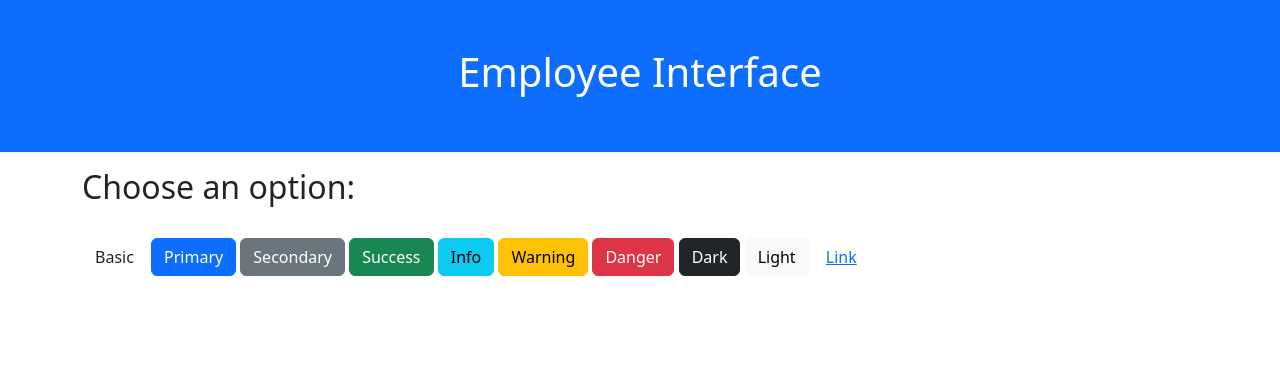
Repository: Rishicollinz/Java_Fullstack
Page: Eclipse 2/jspproject/src/main/webapp/index.html
These files come from the project's save history. The page is drawn as it stood at one moment and after the next save; the edit follows.
The browser window is 1280 px wide. The pictures show the whole page.

Above is the page before, as saved 2023-05-18 15:25:42.

After the next save:
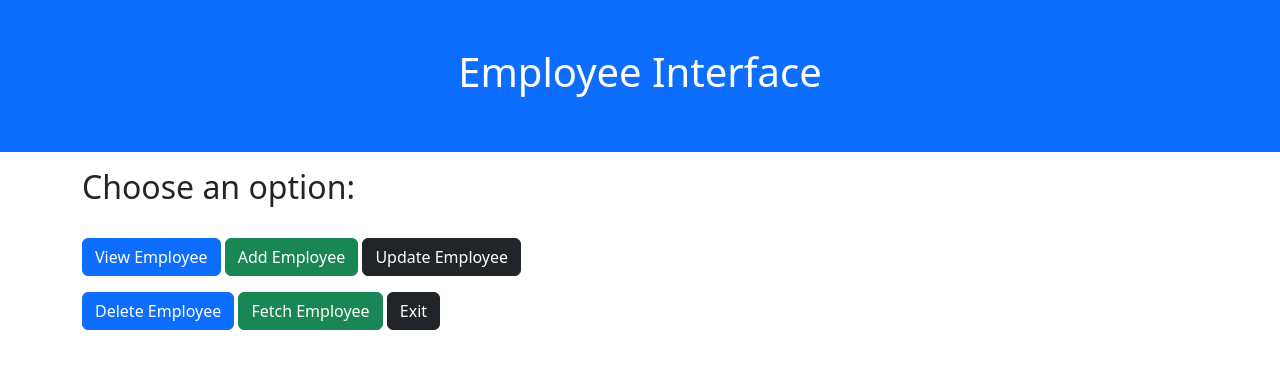
Saved 95 s later.
--- a/Eclipse 2/jspproject/src/main/webapp/index.html
+++ b/Eclipse 2/jspproject/src/main/webapp/index.html
@@ -17,16 +17,14 @@
 
 <div class="container mt-3">
   <h2>Choose an option:</h2><br>
-  <button type="button" class="btn">Basic</button>
-  <button type="button" class="btn btn-primary">Primary</button>
-  <button type="button" class="btn btn-secondary">Secondary</button>
-  <button type="button" class="btn btn-success">Success</button>
-  <button type="button" class="btn btn-info">Info</button>
-  <button type="button" class="btn btn-warning">Warning</button>
-  <button type="button" class="btn btn-danger">Danger</button>
-  <button type="button" class="btn btn-dark">Dark</button>
-  <button type="button" class="btn btn-light">Light</button>
-  <button type="button" class="btn btn-link">Link</button>
+  <button type="button" class="btn btn-primary">View Employee</button>
+  <button type="button" class="btn btn-success">Add Employee</button>
+  <button type="button" class="btn btn-dark">Update Employee</button>
+</div>
+<div class="container mt-3">
+  <button type="button" class="btn btn-primary">Delete Employee</button>
+  <button type="button" class="btn btn-success">Fetch Employee</button>
+  <button type="button" class="btn btn-dark">Exit</button>
 </div>
 </body>
 </html>
